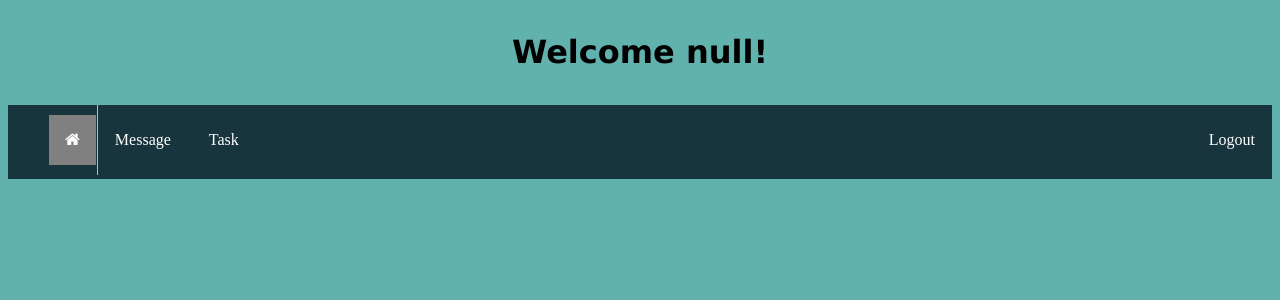
Repository: orsolyanemet/WebProject
Page: http://localhost/Project/userhome.jsp
An editor plug-in stored every save of this project. The page is shown before and after the next save, followed by the edit.
The browser window is 1280 px wide. The pictures show the whole page.
The page is served by Tomcat 9. Nobody is signed in. The application's start-up code is not run. Other server files are loaded and not shown.

Above is the page before, as saved 2018-06-11 21:06:20.

### Project/WebContent/userhome.jsp
<!--Nemet Orsolya, noim1553, 532/1 csoport, Project -->
<!DOCTYPE html>
<html>
<head>
<title>Event Organizer</title>
<meta name="viewport" content="width=device-width, initial-scale=1">
<link rel="stylesheet"
	href="https://cdnjs.cloudflare.com/ajax/libs/font-awesome/4.7.0/css/font-awesome.min.css">
<link rel="stylesheet" type="text/css" href="styles/userhome.css">
</head>
<body>
	<h1>
		Welcome
		<%
		out.print(request.getSession().getAttribute("logedUsername"));
	%>!
	</h1>
	<ul>
		<li><a class="active" href="userhome.jsp"><i class="fa fa-home"></i></a></li>
		<div class="dropdown">
			<li class="dropbtn"><a href="">Message</a>
				<div class="dropdown-content">
					<a href=""><i class="fa fa-envelope-o"></i> Inbox</a> <a href=""><i class="fa fa-trash-o"></i>
						Trash</a>
				</div></li>
		</div>
		<div class="dropdown">
			<li class="dropbtn"><a href="">Task</a>
				<div class="dropdown-content">
					<a href="admin/Send.jsp">Send</a> <a href="admin/Inbox.jsp">Inbox</a>
				</div></li>
		</div>
		<li class="right" onclick="logout('')"><a href="">Logout</a></li>
	</ul>
</body>
</html>

### Project/WebContent/styles/userhome.css
/*Nemet Orsolya, noim1553, 532 csoport*/
/*Project*/
body {
	background-color: #61b1ad;
}

h1 {
	text-align: center;
	font-family: Verdana;
	padding: 12px 20px;
}

h2, h3, h4 {
	font-family: Verdana;
}

ul {
	list-style-type: none;
	overflow: hidden;
	background-color: #18343c;
}

li {
	float: left;
	padding: 10px 1px;
	border-right: 1px solid #bbb;
}

li:last-child {
	border-right: none;
}

li a {
	display: block;
	color: white;
	text-align: center;
	padding: 16px 16px;
	text-decoration: none;
}

li a:hover:not (.active ) {
	background-color: #A9A9A9;
}

.active {
	background-color: #808080;
}

.right {
	float: right;
}

.dropbtn {
	color: white;
	font-size: 16px;
	border: none;
	cursor: pointer;
}

.dropdown {
	position: relative;
	display: inline-block;
}

.dropdown-content {
	display: none;
	position: fixed;
	background-color: #18343c;
	color: white;
	min-width: 80px;
	box-shadow: 0px 8px 16px 0px rgba(0, 0, 0, 0.2);
	z-index: 10;
}

.dropdown-content a {
	color: white;
	padding: 12px 16px;
	text-decoration: none;
	display: block;
}

.dropdown-content a:hover {
	background-color: #A9A9A9
}

.dropdown:hover .dropdown-content {
	display: block;
}

After the next save:
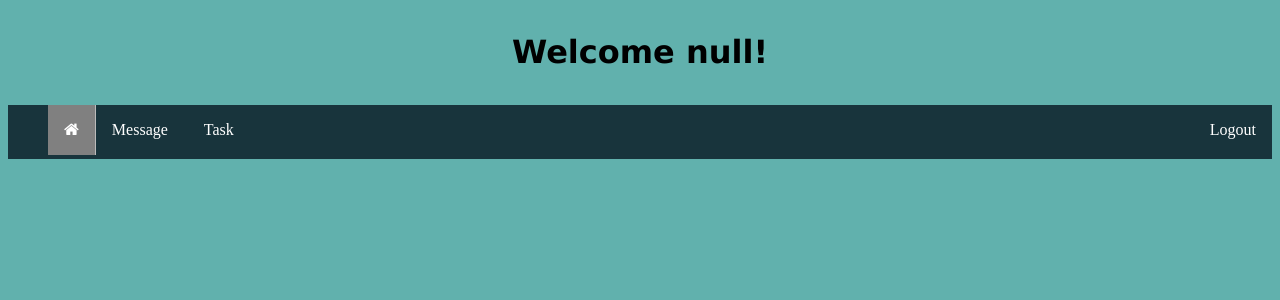
Saved 10 s later.
--- a/Project/WebContent/styles/userhome.css
+++ b/Project/WebContent/styles/userhome.css
@@ -22,7 +22,6 @@ ul {
 
 li {
 	float: left;
-	padding: 10px 1px;
 	border-right: 1px solid #bbb;
 }
 
